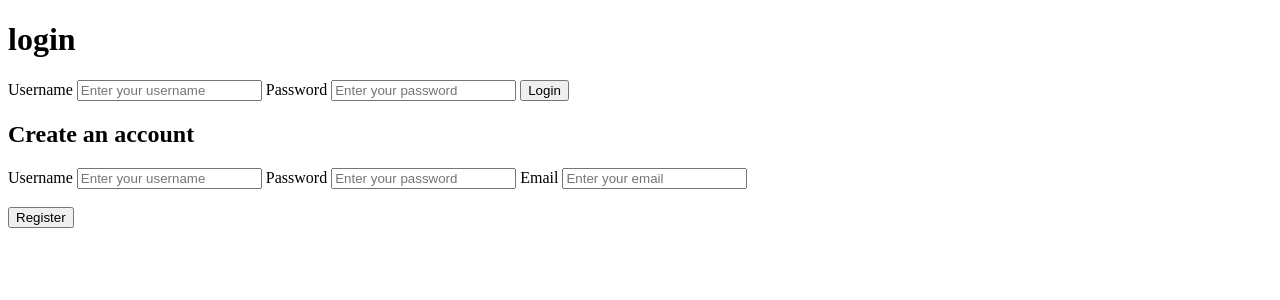
Repository: bao2222/hoc-lam-web
Page: welcome.html
The author's editor kept a copy of each file at every save. The page is drawn from the files as they stood at one save, then again after the next save.
The browser window is 1280 px wide. The pictures show the whole page.

Above is the page before, as saved 2024-12-30 08:51:56.

After the next save:
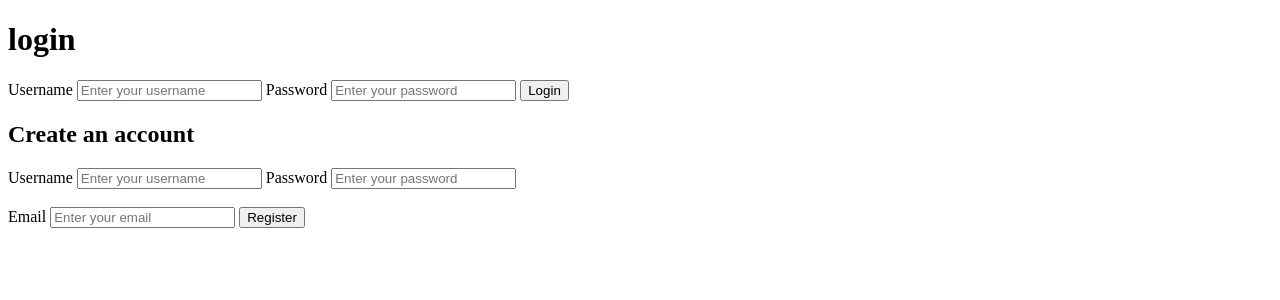
Saved 31 s later.
--- a/welcome.html
+++ b/welcome.html
@@ -38,10 +38,10 @@
                         <input type="text" id="register_username" placeholder="Enter your username" name="register_username" required>
 
                         <label for="register_password">Password</label>
-                        <input type="password" id="register_password" placeholder="Enter your password" name="password" required>
+                        <input type="password" id="register_password" placeholder="Enter your password" name="password" required><br><br>
 
                         <label for="register_email">Email</label>
-                        <input type="email" id="register_email" placeholder="Enter your email" name="email" required><br><br>
+                        <input type="email" id="register_email" placeholder="Enter your email" name="email" required>
 
                         <button type="submit">Register</button>
 
